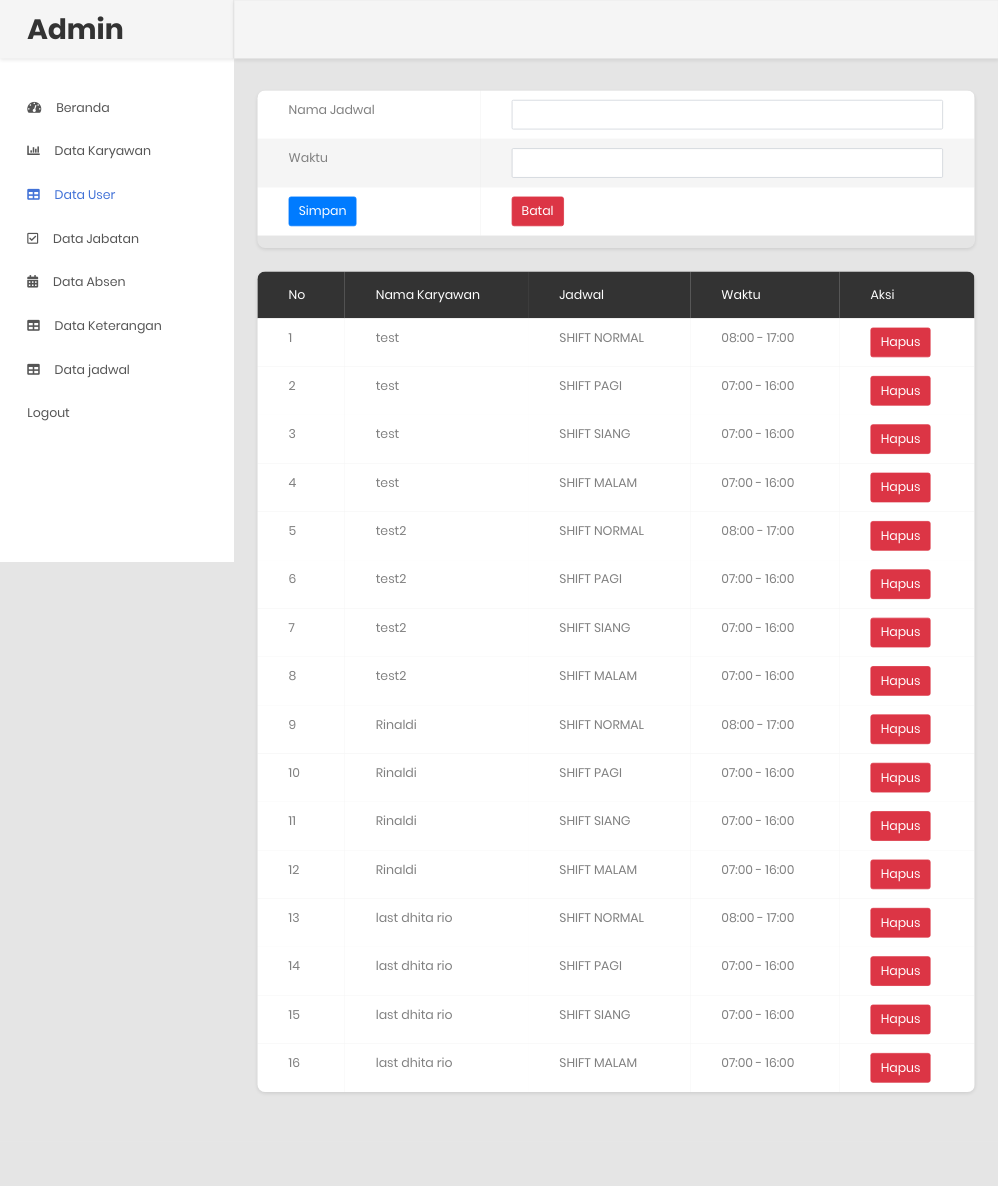
Repository: naldi23bob/Absen2
Page: http://localhost/datajadwal.php
The author's editor kept a copy of each file at every save. The page is drawn from the files as they stood at one save, then again after the next save.
The browser window is 1280 px wide. The pictures show the whole page, at 78% of full size.
The page is run by PHP 8.4 with error messages shown; the project is at /var/www/html/. The session is filled in as if someone had signed in: {"idsi": 2, "namasi": "admin", "ttlsi": 1, "jenkelsi": 1, "agamasi": 1, "alamatsi": 1, "teleponsi": 1, "jabatansi": 1, "schedulesi": 1, "fotosi": 1, "username": "admin"}. Other server files are loaded and not shown. The database holds what the project's SQL file puts in it.

Above is the page before, as saved 2023-07-23 15:19:43.

### datajadwal.php
<?php
require_once("koneksi.php");
error_reporting(0);
 ?>
<!DOCTYPE html>
<html lang="en">

<head>
    <link rel="stylesheet" href="https://maxcdn.bootstrapcdn.com/bootstrap/4.5.2/css/bootstrap.min.css">
    <script src="https://ajax.googleapis.com/ajax/libs/jquery/3.5.1/jquery.min.js"></script>
    <script src="https://cdnjs.cloudflare.com/ajax/libs/popper.js/1.16.0/umd/popper.min.js"></script>
    <script src="https://maxcdn.bootstrapcdn.com/bootstrap/4.5.2/js/bootstrap.min.js"></script>
    <!-- Required meta tags-->
    <meta charset="UTF-8">
    <meta name="viewport" content="width=device-width, initial-scale=1, shrink-to-fit=no">
    <link rel="icon" href="assets/employee.png" type="image/png">

    <!-- Title Page-->
    <title>Data Admin</title>

    <!-- Fontfaces CSS-->
    <link rel="stylesheet" type="text/css" href="css/bootstrap.css" media="all">
    <link href="css/font-face.css" rel="stylesheet" media="all">
    <link href="vendor/font-awesome-4.7/css/font-awesome.min.css" rel="stylesheet" media="all">
    <link href="vendor/font-awesome-5/css/fontawesome-all.min.css" rel="stylesheet" media="all">
    <link href="vendor/mdi-font/css/material-design-iconic-font.min.css" rel="stylesheet" media="all">

    <!-- Bootstrap CSS-->
    <link href="vendor/bootstrap-4.1/bootstrap.min.css" rel="stylesheet" media="all">

    <!-- Vendor CSS-->
    <link href="vendor/animsition/animsition.min.css" rel="stylesheet" media="all">
    <link href="vendor/bootstrap-progressbar/bootstrap-progressbar-3.3.4.min.css" rel="stylesheet" media="all">
    <link href="vendor/wow/animate.css" rel="stylesheet" media="all">
    <link href="vendor/css-hamburgers/hamburgers.min.css" rel="stylesheet" media="all">
    <link href="vendor/slick/slick.css" rel="stylesheet" media="all">
    <link href="vendor/select2/select2.min.css" rel="stylesheet" media="all">
    <link href="vendor/perfect-scrollbar/perfect-scrollbar.css" rel="stylesheet" media="all">

    <!-- Main CSS-->
    <link href="css/theme.css" rel="stylesheet" media="all">
    <!-- Script -->
    <script src="https://ajax.googleapis.com/ajax/libs/jquery/3.5.1/jquery.min.js"></script>
  <script src="https://cdnjs.cloudflare.com/ajax/libs/popper.js/1.16.0/umd/popper.min.js"></script>
  <script src="https://maxcdn.bootstrapcdn.com/bootstrap/4.5.2/js/bootstrap.min.js"></script>
    <!-- end script-->
</head>

<body class="animsition">
      <?php
    session_start();
    if (!isset($_SESSION['username'])) {
        header("location: index.php");
    }else {
        $username = $_SESSION['schedule'];
    }

 ?>
    <div class="page-wrapper">
        <!-- HEADER MOBILE-->
        <header class="header-mobile d-block d-lg-none">
            <div class="header-mobile__bar">
                <div class="container-fluid">
                    <div class="header-mobile-inner">
                        <a class="logo" href="index.html">

                        </a>
                        <button class="hamburger hamburger--slider" type="button">
                            <span class="hamburger-box">
                                <span class="hamburger-inner"></span>
                            </span>
                        </button>
                    </div>
                </div>
            </div>
            <nav class="navbar-mobile">
                <div class="container-fluid">
                   <ul class="navbar-mobile__list list-unstyled">
                        <li class="has-sub">
                            <a class="js-arrow" href="admin.php">
                                <i class="fas fa-tachometer-alt"></i>Beranda</a>
                            <ul class="navbar-mobile-sub__list list-unstyled js-sub-list">

                            </ul>
                        </li>
                        <li>
                            <a href="datakaryawan.php">
                                <i class="fas fa-chart-bar"></i>Data Karyawan</a>
                        </li>
                        <li>
                            <a href="datauser.php">
                                <i class="fas fa-table"></i>Data User</a>
                        </li>
                        <li>
                            <a href="datajabatan.php">
                                <i class="far fa-check-square"></i>Data Jabatan</a>
                        </li>
                        <li>
                            <a href="data_absen.php">
                                <i class="fas fa-calendar-alt"></i>Data Absen</a>
                        </li>
                       <li>
                            <a href="data_keterangan.php">
                                <i class="fas fa-table"></i>Data Keterangan
                            </a>
                        </li>
                        <li>
                        <a href="datajadwal.php">
                                <i class="fas fa-table"></i>Data jadwal
                            </a>
                        </li>


                    </ul>
                </div>
            </nav>
        </header>
        <!-- END HEADER MOBILE-->

        <!-- MENU SIDEBAR-->
        <aside class="menu-sidebar d-none d-lg-block">
            <div class="logo">
                <a href="#">
                    <h1>Admin</h1>
                </a>
            </div>
            <div class="menu-sidebar__content js-scrollbar1">
                <nav class="navbar-sidebar">
                    <ul class="list-unstyled navbar__list">
                        <li>
                            <a class="js-arrow" href="admin.php">
                                <i class="fas fa-tachometer-alt"></i>Beranda</a>

                        </li>
                        <li>
                            <a href="datakaryawan.php">
                                <i class="fas fa-chart-bar"></i>Data Karyawan</a>
                        </li>
                        <li  class="active has-sub">
                            <a href="datause.php">
                                <i class="fas fa-table"></i>Data User</a>
                        </li>
                        <li>
                            <a href="datajabatan.php">
                                <i class="far fa-check-square"></i>Data Jabatan</a>
                        </li>
                        <li>
                            <a href="data_absen.php">
                                <i class="fas fa-calendar-alt"></i>Data Absen</a>
                        </li>
                        <li>
                            <a href="data_keterangan.php">
                                <i class="fas fa-table"></i>Data Keterangan
                            </a>
                        </li>
                        <li>
                        <a href="datajadwal.php">
                                <i class="fas fa-table"></i>Data jadwal
                            </a>
                        </li>

                        <li>
                            <a href="logout.php">Logout</a>
                        </li>
                    </ul>
                </nav>
            </div>
        </aside>
        <!-- END MENU SIDEBAR-->

        <!-- PAGE CONTAINER-->
        <div class="page-container">
            <!-- HEADER DESKTOP-->
            <header class="header-desktop">
                <div class="section__content section__content--p30">
                    <div class="container-fluid">
                        <div class="header-wrap">


                        </div>
                    </div>
                </div>
            </header>
            <!-- END HEADER DESKTOP-->

            <!-- MAIN CONTENT-->

            <div class="main-content">
                <div class="section__content section__content--p30">
                    <div class="container-fluid">
                        <div class="row">
                           <div class="table-responsive table--no-card m-b-30">
                            <form action="admin/admin_save.php" method="post">
                                <div class="form-group">
                                <table class="table table-borderless table-striped table-earning" >

                                        <tbody>


                                            <tr>
                                                <td>Nama Jadwal</td>
                                                <td>

                                                <input type="text" class="form-control" name="code" required>

                                            </td>
                                            </tr>

                                            <tr>
                                                <td>Waktu</td>
                                                <td>

                                                <input type="text" class="form-control" name="in_out" required>

                                            </td>
                                            </tr>



                                            <tr>
                                                <td><button type="submit" name="simpan" class="btn btn-primary">Simpan</button></td>
                                                <td><input type="reset" name="" value="Batal" class="btn btn-danger"></td>
                                            </tr>

                                      </tbody>
                                    </table>
                                        </div>
                            </form>

                                </div>
                        </div>

                        <div class="row">

                                <div class="table-responsive table--no-card m-b-30">
                                    <table class="table table-borderless table-striped table-earning">
                                        <thead>
                                            <tr>
                                                <th>No</th>
                                                <th>Nama Karyawan</th>
                                                <th>Jadwal</th>
                                                <th>Waktu</th>
                                                <th>Aksi</th>

                                            </tr>
                                        </thead>
                                        <?php
                                            include 'koneksi.php';
                                            $sql = "SELECT * FROM tb_schedule JOIN tb_karyawan ";
                                            $query = mysqli_query($koneksi, $sql);

                                            $no = 1;
                                            while ($row = mysqli_fetch_array($query)) {


                                         ?>
                                        <tbody>
                                            <tr>
                                                <td><?php echo $no ?></td>
                                                <td><?php echo $row['nama']; ?></td>
                                                <td><?php echo $row['code']; ?></td>
                                                <td><?php echo $row['in_out']; ?></td>



                                                </td>
                                                <td> <a href="admin/jadwal_hapus.php?id=<?php echo $row['id']; ?>"><button class="btn btn-danger" onclick="return confirm('yakin ingin dihapus?');">Hapus</button></a></td>



                                            </tr>
                                           <?php
                                           $no++;
                                       }

                                            ?>
                                        </tbody>
                                    </table>
                                </div>
                            </div>

            <!-- Modal -->

            <!-- End Modal -->
                        <div class="row">
                            <div class="col-lg-6">
                            </div>
                            <div class="col-lg-6">
                            </div>
                        </div>
                        <div class="row">
                            <div class="col-md-12">
                            </div>
                        </div>
                        <div class="row m-t-30">
                            <div class="col-md-12">
                            </div>
                        </div>


                </div>
            </div>
        </div>

    </div>

    <!-- Jquery JS-->
    <script src="vendor/jquery-3.2.1.min.js"></script>
    <!-- Bootstrap JS-->
    <script src="vendor/bootstrap-4.1/popper.min.js"></script>
    <script src="vendor/bootstrap-4.1/bootstrap.min.js"></script>
    <!-- Vendor JS       -->
    <script src="vendor/slick/slick.min.js">
    </script>
    <script src="vendor/wow/wow.min.js"></script>
    <script src="vendor/animsition/animsition.min.js"></script>
    <script src="vendor/bootstrap-progressbar/bootstrap-progressbar.min.js">
    </script>
    <script src="vendor/counter-up/jquery.waypoints.min.js"></script>
    <script src="vendor/counter-up/jquery.counterup.min.js">
    </script>
    <script src="vendor/circle-progress/circle-progress.min.js"></script>
    <script src="vendor/perfect-scrollbar/perfect-scrollbar.js"></script>
    <script src="vendor/chartjs/Chart.bundle.min.js"></script>
    <script src="vendor/select2/select2.min.js">
    </script>

    <!-- Main JS-->
    <script src="js/main.js"></script>

</body>

</html>
<!-- end document-->

### koneksi.php
<?php
// Inisiasi Database
// Silakan sesuaikan dengan detail database Anda
$server = "localhost";
$username = "root";
$password = "";
$database = "absen";

// Membuat koneksi
$koneksi = mysqli_connect($server, $username, $password, $database);

// Mengecek koneksi
if (mysqli_connect_errno()) {
	echo "Koneksi Ke Database Gagal!" . mysql_connect_error();
}
?>

### db/absen.sql (the tables this page reads)
CREATE TABLE `tb_karyawan` (
  `id_karyawan` int(11) NOT NULL,
  `password` varchar(50) NOT NULL,
  `nama` varchar(255) NOT NULL,
  `tmp_tgl_lahir` varchar(255) NOT NULL,
  `jenkel` varchar(255) NOT NULL,
  `agama` varchar(255) NOT NULL,
  `alamat` text NOT NULL,
  `no_tel` varchar(18) NOT NULL,
  `jabatan` varchar(255) NOT NULL,
  `foto` varchar(50) NOT NULL,
  `schedule` int(11) DEFAULT NULL,
  `jadwal` varchar(50) DEFAULT NULL
) ENGINE=InnoDB DEFAULT CHARSET=utf8mb4;

INSERT INTO `tb_karyawan` (`id_karyawan`, `password`, `nama`, `tmp_tgl_lahir`, `jenkel`, `agama`, `alamat`, `no_tel`, `jabatan`, `foto`, `schedule`, `jadwal`) VALUES
(1234, '81dc9bdb52d04dc20036dbd8313ed055', 'test', 'test', 'Laki-laki', 'Islam', 'teset', '000003030', 'CEO', '10072023103648tempsnip.png', 1, 'SHIFT NORMAL  ( 08:00 - 17:00 )'),
(12345678, '81dc9bdb52d04dc20036dbd8313ed055', 'test2', 'gfgdfgfd', 'Laki-laki', 'Islam', 'gfgdgdfgd', '143423424', 'Admin Lokasi', '23072023105730InkedWhatsApp Image 2022-06-16 at 10', 4, 'SHIFT NORMAL  ( 08:00 - 17:00 )'),
(17190780, '25d55ad283aa400af464c76d713c07ad', 'Rinaldi', 'jakarta', 'Laki-laki', 'Islam', 'jl. Kramat pulo ', '081316577895', 'CEO', '180620231420141627886129274.jpg', 2, 'SHIFT NORMAL  ( 08:00 - 17:00 )'),
(17190781, '25d55ad283aa400af464c76d713c07ad', 'last dhita rio', 'jakarta, 1-01-2001', 'Laki-laki', 'Islam', 'kemayoran lama', '123321123', 'Operator', '22062023103814601d4b4f871700de446276a2ea5901ea.jpg', 1, 'SHIFT NORMAL  ( 08:00 - 17:00 )');

ALTER TABLE `tb_karyawan`
  ADD PRIMARY KEY (`id_karyawan`),
  ADD KEY `jabatan` (`jabatan`(191));

CREATE TABLE `tb_schedule` (
  `id` int(10) UNSIGNED NOT NULL,
  `code` varchar(100) NOT NULL,
  `in_out` varchar(50) NOT NULL DEFAULT ''
) ENGINE=InnoDB DEFAULT CHARSET=utf8mb4;

INSERT INTO `tb_schedule` (`id`, `code`, `in_out`) VALUES
(1, 'SHIFT NORMAL', '08:00 - 17:00'),
(2, 'SHIFT PAGI', '07:00 - 16:00'),
(3, 'SHIFT SIANG', '07:00 - 16:00'),
(4, 'SHIFT MALAM', '07:00 - 16:00');

ALTER TABLE `tb_schedule`
  ADD PRIMARY KEY (`id`);

ALTER TABLE `tb_schedule`
  MODIFY `id` int(10) UNSIGNED NOT NULL AUTO_INCREMENT, AUTO_INCREMENT=5;

Loaded but not shown: css/bootstrap.css (library); css/theme.css (library); js/main.js (1673 lines, source omitted); css/font-face.css (234 lines, source omitted)

After the next save:
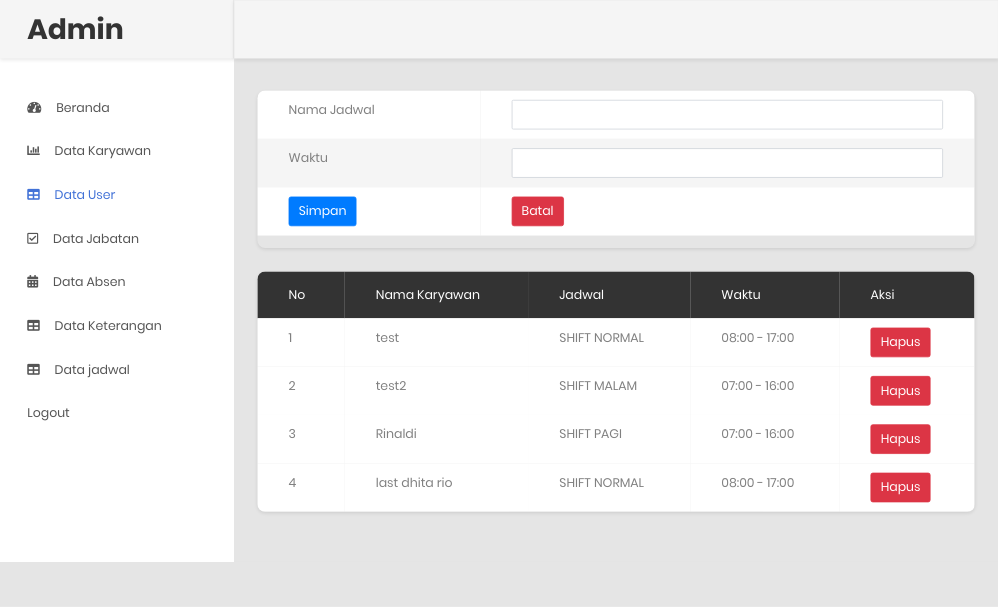
Saved 6 min 46 s later.
--- a/datajadwal.php
+++ b/datajadwal.php
@@ -246,7 +246,7 @@ error_reporting(0);
                                         </thead>
                                         <?php
                                             include 'koneksi.php';
-                                            $sql = "SELECT * FROM tb_schedule JOIN tb_karyawan ";
+                                            $sql = "SELECT * FROM tb_schedule JOIN tb_karyawan on id=schedule";
                                             $query = mysqli_query($koneksi, $sql);
 
                                             $no = 1;
